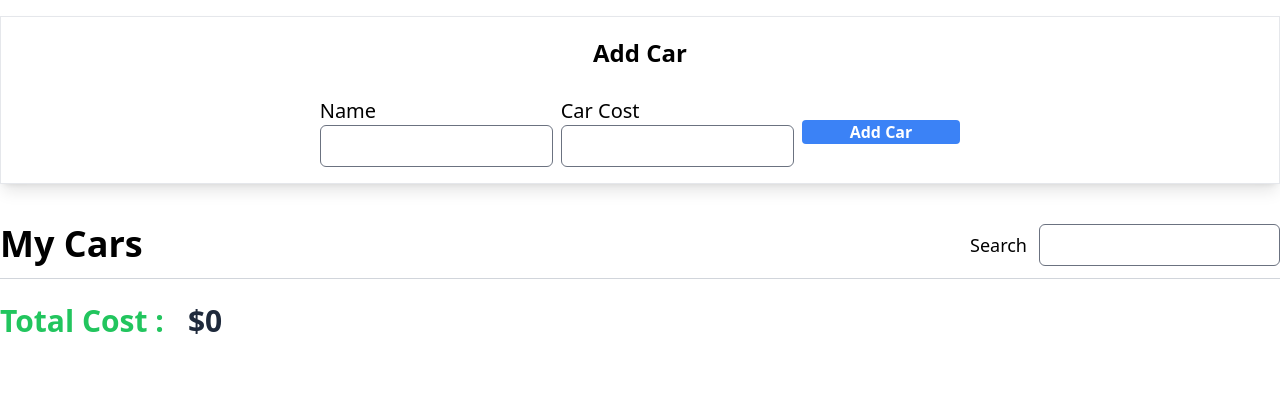
Repository: Marhamat92/carsappreduxtoolkit
Page: /
The author's editor kept a copy of each file at every save. The page is drawn from the files as they stood at one save, then again after the next save.
The browser window is 1280 px wide. The pictures show the whole page.
The project was rebuilt for these pictures with package versions that can differ from the ones it lists, and the page was loaded fresh each time.

Above is the page before, as saved 2023-01-24 01:01:19.

After the next save:
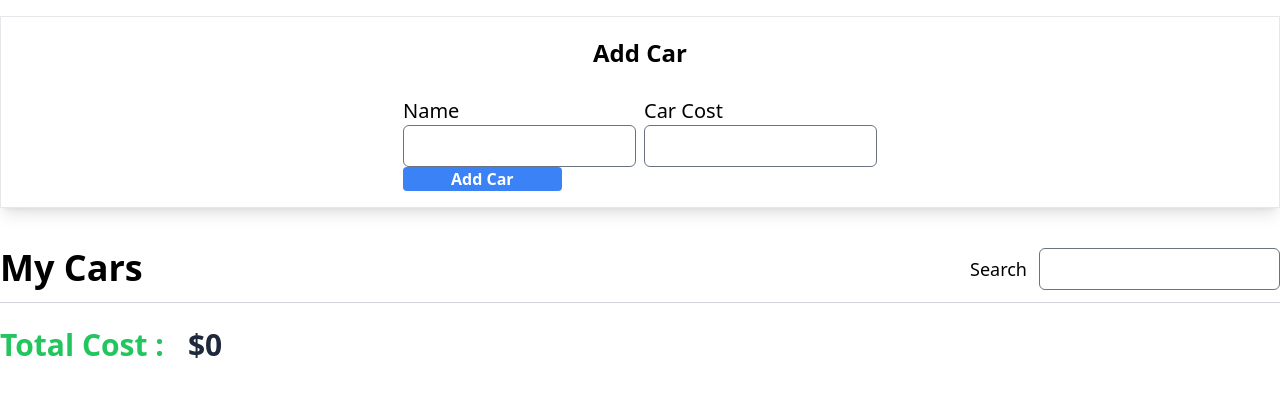
Saved 27 s later.
--- a/src/components/CarForm.js
+++ b/src/components/CarForm.js
@@ -40,7 +40,7 @@ function CarForm() {
       <h1 className='font-bold text-2xl py-1' >Add Car</h1>
       <div className='mt-6'>
         <form onSubmit={handleSubmit} className=''>
-          <div className='flex flex-row space-x-2 items-center'>
+          <div className='flex flex-row space-x-2'>
             <div className='flex flex-col'>
               <label className='text-xl' htmlFor='make'>Name</label>
               <input className=' border border-gray-500 rounded-md py-2
@@ -53,11 +53,11 @@ function CarForm() {
 
               ' value={cost || ''} onChange={handleCostChange} type='number' name='price' id='price' />
             </div>
-            <div className=''>
-              <button className='bg-blue-500 hover:bg-blue-700 text-white font-bold   px-12 rounded ' type='submit'>Add Car</button>
-            </div>
+
           </div>
-
+          <div className=''>
+            <button className='bg-blue-500 hover:bg-blue-700 text-white font-bold   px-12 rounded ' type='submit'>Add Car</button>
+          </div>
 
         </form>
       </div>
